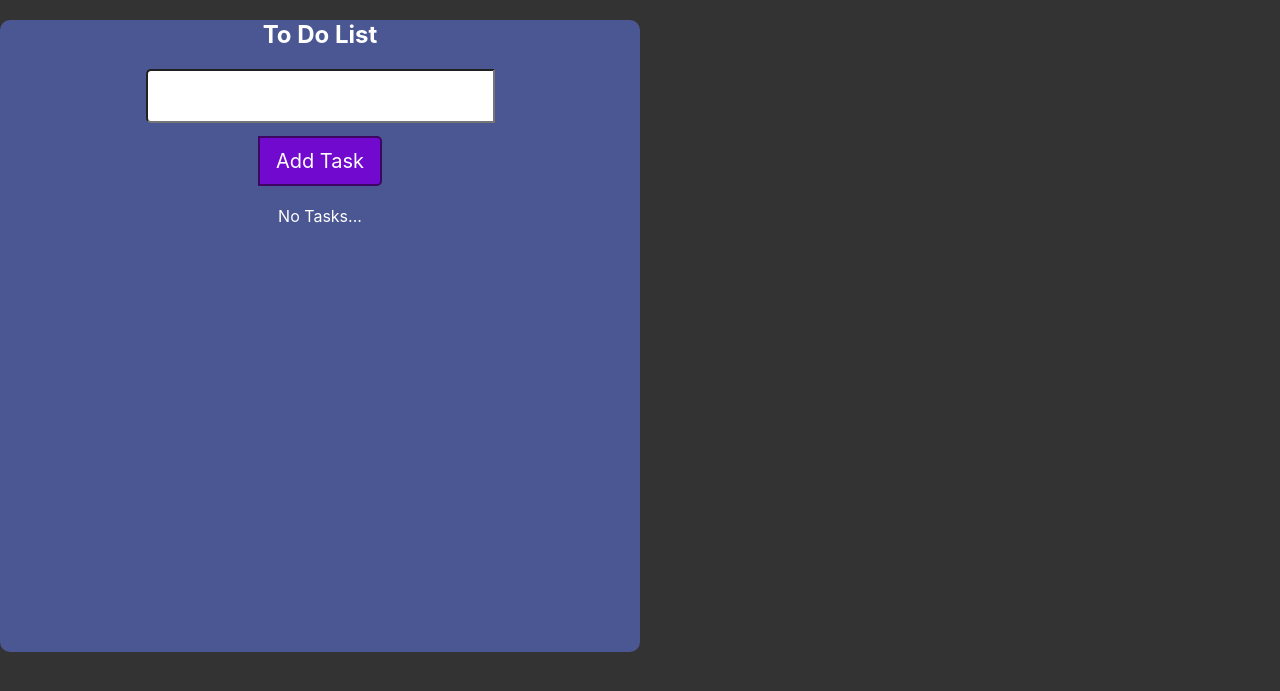
Repository: kirangautam45/ToDoList
Page: /
These files come from the project's save history. The page is drawn as it stood at one moment and after a run of saves; the edit follows.
The browser window is 1280 px wide. The pictures show the whole page.
The project was rebuilt for these pictures with package versions that can differ from the ones it lists, and the page was loaded fresh each time. Also part of the build but not shown: src/components/Update.js.

Above is the page before, as saved 2022-08-07 20:49:40.

After the next 2 saves:
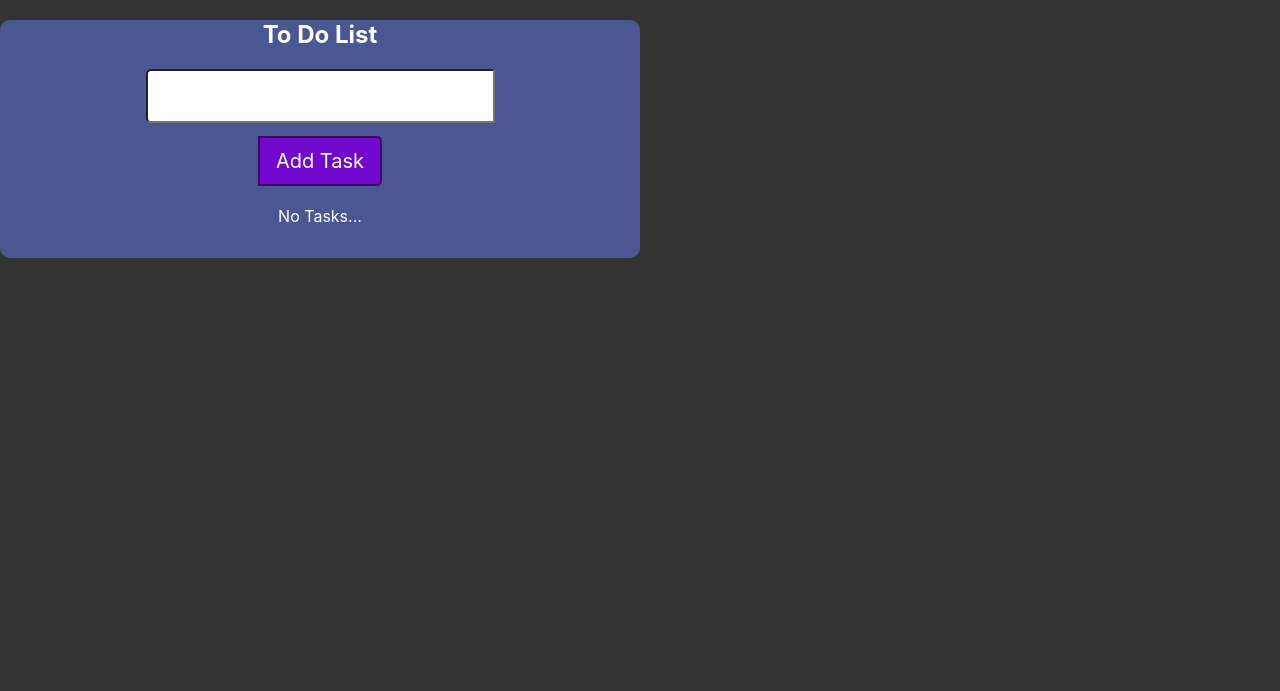
The 2 saves are shown as one change because they came seconds apart.
The last was saved 12 s later.
--- a/src/App.css
+++ b/src/App.css
@@ -8,6 +8,7 @@
   flex-direction: column;
   justify-content: start;
   width: 50%;
+  ma
   min-height: 600px;
   background: #4a5792;
   text-align: center;

After the save that followed:
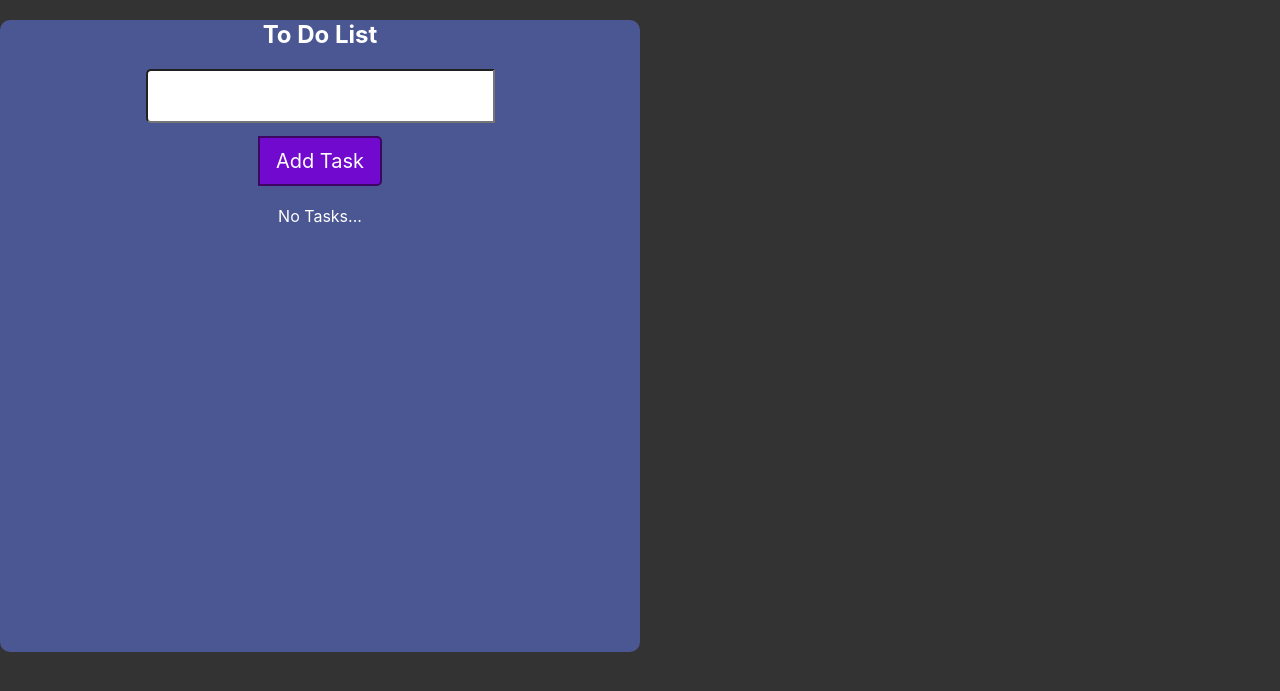
Saved 9 s later.
--- a/src/App.css
+++ b/src/App.css
@@ -8,7 +8,7 @@
   flex-direction: column;
   justify-content: start;
   width: 50%;
-  ma
+  margin-left: ;
   min-height: 600px;
   background: #4a5792;
   text-align: center;
